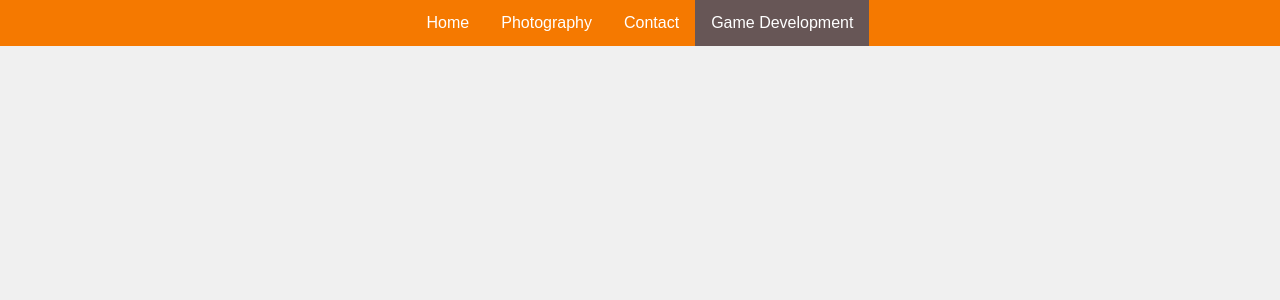
Repository: Argivist/ArgPortfolio
Page: blender/index.html
These files come from the project's save history. The page is drawn as it stood at one moment and after the next save; the edit follows.
The browser window is 1280 px wide. The pictures show the whole page.

Above is the page before, as saved 2025-03-28 16:10:42.

### blender/index.html
<!DOCTYPE html>
<html lang="en">

<head>
    <meta charset="UTF-8">
    <meta name="viewport" content="width=device-width, initial-scale=1.0">
    <link rel="stylesheet" href="../css/styles.css">
    <link rel="stylesheet" href="../css/nav.css">
    <link rel="stylesheet" href="../css/blender.css">


    <title>Hutton Amison-Addy</title>

    <style>
        body{
            background-color: #f0f0f0;
            font-family: 'Arial', sans-serif;
        }
    </style>
</head>

<body>
    <nav>
        <ul>
            <li class="nav-content"><a href="../../index.html">Home</a></li>
            <li class="nav-content"><a href="https://www.instagram.com/theworldinoneseye/">Photography</a></li>

            <li class="dropdown nav-content">
                <a href="contact.html">Contact</a>
                <ul class="dropdown-content">
                    <li><a href="https://www.linkedin.com/in/hutton-amison-addy-7b1b3b1b1/">LinkedIn</a></li>
                    <li><a href="https://www.github.com/Argivist">GitHub</a></li>
                    <li><a href="mailto:hutton.amison@ashesi.edu.gh">hutton.amison@ashesi.edu.gh</a></li>
                    <li><a href="mailto:huttonaaddy.public@gmail.com">huttonaaddy.public@gmail.com</a></li>
                </ul>
            </li>

            <li class="dropdown nav-content active">
                <a href="#">Game Development</a>
                <ul class="dropdown-content">
                    <li><a href="../game/index.html">Game Development Projects</a></li>
                    <li class=" "><a href="">Blender</a></li>
                </ul>
            </li>
        </ul>
    </nav>
    <div class="padding">
    </div>
        <div class="overlay">

        </div>



</body>

</html>

### css/styles.css
body{
    height: 100%;
    margin: 0;
    padding: 0;
}

### css/nav.css
/* 1. Define default variables in :root */


/* NAV Content and Dropdown */
.nav-content {
    position: relative;
    display: inline-block;
}

.dropdown {
    position: relative; /* For proper absolute positioning of its child */
    display: inline-block;
}

.dropdown:hover .dropdown-content {
    display: block;
}

.dropdown-content {
    display: none;
    position: absolute; /* This makes it overlay other elements without affecting layout */
    background-color: var(--dropdown-bg);
    min-width: 160px;
    box-shadow: 0px 8px 16px 0px rgba(0,0,0,0.2);
    z-index: 1;
}

/* Nav Stylisation */
nav {
    background-color: var(--nav-bg);
    position: fixed;
    top: 0;
    left: 0;
    width: 100vw;
    z-index: 100;
    display: flex;
    justify-content: center;  /* Centers the nav content horizontally */
    align-items: center;      /* Vertically centers items */
    margin: 0;
    color: var(--nav-link-color);
}

/* Reserve space for the fixed navbar */
.padding {
    height: 35px;  /* Adjust this value to match your navbar's height */
    top: 0;
    left: 0;
    width: 100%;
    bottom: 0;
}

/* Nav List Styles */
nav ul {
    list-style-type: none;
    margin: 0;
    padding: 0;
    display: flex;
}

nav ul li {
    display: inline-block;
    margin: 0;
    text-align: center;
    /* If you want each <li> to match nav’s background: */
    background-color: var(--nav-bg);
}

/* Nav Links */
nav ul li a {
    display: block;
    color: var(--nav-link-color);
    text-align: center;
    padding: 14px 16px;
    text-decoration: none;
}

nav ul li a:hover {
    background-color: var(--nav-link-hover-bg);
}

/* Optional: Ensure dropdown list items take full width */
.dropdown ul li {
    width: 100%;
}

/* Active link styling */
.active {
    background-color: var(--active-bg);
    color: var(--nav-link-color);
}

### css/blender.css
:root {
    --nav-bg: #f57900;           /* Blender's dark gray background */
    --nav-link-color: #d9d9d9;   /* Light gray text for contrast */
    --nav-link-hover-bg: #3d3d3d; /* Slightly lighter gray on hover */
    --dropdown-bg: #2c2c2c;      /* Dark dropdown background */
    --active-bg: #f1f1f1;        /* Blender's signature orange */
    --border-color: #555;        /* Subtle border color */
    --text-color: #333;          /* Dark gray text */
    --nav-link-color: #fff;      /* Light gray text for contrast */
    --nav-link-hover-bg: #111;   /* Slightly lighter gray on hover */
    --dropdown-bg: #f9f9f9;      /* Light gray dropdown background */
    --active-bg: #675656;        /* Dark gray active link background */
}

After the next save:
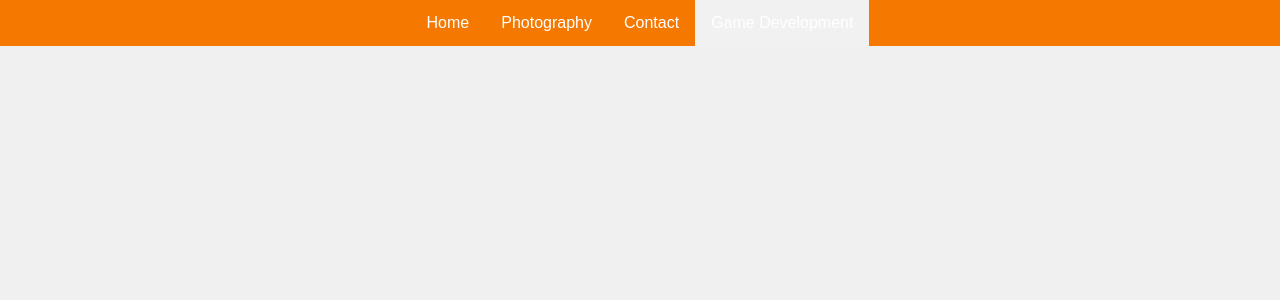
Saved 29 s later.
--- a/css/blender.css
+++ b/css/blender.css
@@ -7,7 +7,5 @@
     --border-color: #555;        /* Subtle border color */
     --text-color: #333;          /* Dark gray text */
     --nav-link-color: #fff;      /* Light gray text for contrast */
-    --nav-link-hover-bg: #111;   /* Slightly lighter gray on hover */
-    --dropdown-bg: #f9f9f9;      /* Light gray dropdown background */
-    --active-bg: #675656;        /* Dark gray active link background */
+    --nav-link-active-color: #f57900; /* Blender's signature orange */
 }
